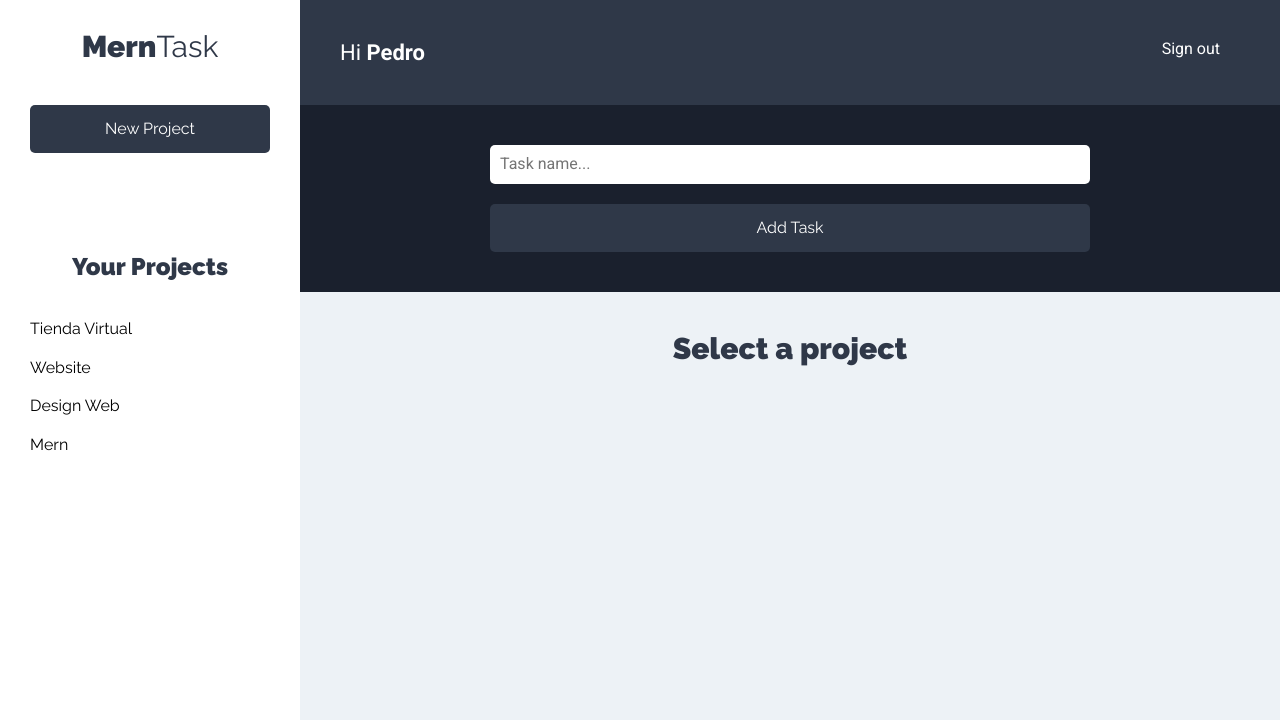
Repository: ppfeliuu/MERN-Task-Client
Page: /projects
An editor plug-in stored every save of this project. The page is shown before and after the next save, followed by the edit.
The browser window is 1280 px wide. The pictures show the whole page.
The project was rebuilt for these pictures with package versions that can differ from the ones it lists, and the page was loaded fresh each time. Also part of the build but not shown: src/components/auth/Login.js, src/components/auth/NewAccount.js, src/components/task/Task.js. Imported but missing from the stored project, and not drawn on this page: src/types.

Above is the page before, as saved 2020-02-20 20:34:59.

### src/App.js
import React from "react";
import { BrowserRouter as Router, Switch, Route } from "react-router-dom";
import Login from "./components/auth/Login";
import NewAccount from "./components/auth/NewAccount";
import Projects from "./components/projects/Projects";

import ProjectState from "./context/projects/projectState";

function App() {
  return (
    <ProjectState>
      <Router>
        <Switch>
          <Route exact path="/" component={Login} />
          <Route exact path="/new-account" component={NewAccount} />
          <Route exact path="/projects" component={Projects} />
        </Switch>
      </Router>
    </ProjectState>
  );
}

export default App;

### src/components/projects/Projects.js
import React from "react";
import Sidebar from "../layout/Sidebar";
import Bar from "../layout/Bar";
import FormTask from "../task/FormTask";
import ListTasks from "../task/ListTasks";

const Projects = () => {
  return (
    <div className="contenedor-app">
      <Sidebar />

      <div className="seccion-principal">
        <Bar />
        <main>
          <FormTask />
          <div className="contenedor-tareas">
            <ListTasks />
          </div>
        </main>
      </div>
    </div>
  );
};

export default Projects;

### src/context/projects/projectState.js
import React, { useReducer } from "react";
import uuid from "uuid";
import projectContext from "./projectContext";
import projectReducer from "./projectReducer";
import {
  FORM_PROJECT,
  GET_PROJECTS,
  ADD_PROJECT,
  VALIDATE_FORM,
  CURRENT_PROJECT
} from "../../types";

const ProjectState = props => {
  const projects = [
    { id: 1, name: "Tienda Virtual" },
    { id: 2, name: "Website" },
    { id: 3, name: "Design Web" },
    { id: 4, name: "Mern" }
  ];

  const initialState = {
    form: false,
    projects: [],
    errorform: false,
    currentproject: null
  };

  //Dispatch for actions
  const [state, dispatch] = useReducer(projectReducer, initialState);

  //Functions for crud project
  const showForm = () => {
    dispatch({
      type: FORM_PROJECT
    });
  };

  //Get projects
  const getProjects = () => {
    dispatch({
      type: GET_PROJECTS,
      payload: projects
    });
  };

  //add new project
  const addProject = project => {
    project.id = uuid.v4();

    // console.log(project)
    //Add project into state using dispatch
    dispatch({
      type: ADD_PROJECT,
      payload: project
    });
  };

  //Validate Form New Project
  const showError = () => {
    dispatch({ type: VALIDATE_FORM });
  };

  //Select to set project selected
  const projectSelected = currentprojectId => {
    dispatch({
      type: CURRENT_PROJECT,
      payload: currentprojectId
    })
  }

  return (
    <projectContext.Provider
      value={{
        form: state.form,
        projects: state.projects,
        errorform: state.errorform,
        currentproject: state.currentproject,
        showForm,
        getProjects,
        addProject,
        showError,
        projectSelected
      }}
    >
      {props.children}
    </projectContext.Provider>
  );
};

export default ProjectState;

### src/components/layout/Sidebar.js
import React from 'react';
import NewProject from '../projects/NewProject';
import ListProjects from '../projects/ListProjects';

const Sidebar = () => {
    return (
        <aside>
            <h1>Mern<span>Task</span></h1>
            <NewProject />

            <div className="proyectos">
                <h2>Your Projects</h2>

                <ListProjects />
            </div>
        </aside>
    )
}

export default Sidebar

### src/components/layout/Bar.js
import React from 'react'

const Bar = () => {
    return (
        <div>
          <header className="app-header">
              <p className="nombre-usuario">Hi <span>Pedro</span></p>

              <nav className="nav-principal">
                  <a href="#!">Sign out</a>
              </nav>
              </header>
        </div>
    )
}

export default Bar

### src/components/task/FormTask.js
import React, { useContext } from "react";
import projectContext from "../../context/projects/projectContext";

const FormTask = () => {
  const projectsContext = useContext(projectContext);
  const { currentproject } = projectsContext;

  return (
    <div className="formulario">
      <form>
        <div className="contenedor-input">
          <input
            type="text"
            className="input-text"
            placeholder="Task name..."
            name="nameTask"
          />
        </div>

        <div className="contenedor-input">
          <input
            type="submit"
            className="btn btn-primario btn-submit btn-block"
            value="Add Task"
          />
        </div>
      </form>
    </div>
  );
};

export default FormTask;

### src/components/task/ListTasks.js
import React, { useContext } from "react";
import Task from "./Task";
import projectContext from "../../context/projects/projectContext";

const ListTasks = () => {
  const projectsContext = useContext(projectContext);
  const { currentproject } = projectsContext;

  //No project selected
  if(!currentproject) return <h1>Select a project</h1>

  //Array destructuring for project name
  const [curProject] = currentproject;

  const task = [
    {
      name: "Elegir Plataforma",
      estado: true
    },
    {
      name: "Elegir Colores",
      estado: false
    },
    {
      name: "Elegir forma de pago",
      estado: false
    },
    {
      name: "Elegir Hosting",
      estado: true
    }
  ];

  return (
    <>
      <h2>Project: {curProject.name}</h2>

      <ul className="listado-tareas">
        {task.length === 0 ? (
          <li className="tarea">
            <p>No Tasks</p>
          </li>
        ) : (
          task.map(t => <Task task={t} />)
        )}
      </ul>
      <button type="button" className="btn btn-eliminar">
        Delete Project &times;
      </button>
    </>
  );
};

export default ListTasks;

### src/context/projects/projectContext.js
import { createContext } from 'react';

const projectContext = createContext();

export default projectContext;

### src/context/projects/projectReducer.js
import {
  FORM_PROJECT,
  GET_PROJECTS,
  ADD_PROJECT,
  VALIDATE_FORM,
  CURRENT_PROJECT
} from "../../types";

export default (state, action) => {
  switch (action.type) {
    case FORM_PROJECT:
      return {
        ...state,
        form: true
      };
    case GET_PROJECTS:
      return {
        ...state,
        projects: action.payload
      };
    case ADD_PROJECT:
      return {
        ...state,
        projects: [...state.projects, action.payload],
        form: false,
        errorform: false
      };
    case VALIDATE_FORM:
      return {
        ...state,
        errorform: true
      };
    case CURRENT_PROJECT:
      return {
        ...state,
        currentproject: state.projects.filter(p => p.id === action.payload)
      };
    default:
      return state;
  }
};

### src/components/projects/NewProject.js
import React, { Fragment, useState, useContext } from "react";
import projectContext from "../../context/projects/projectContext";

const NewProject = () => {
  //Get State from Form
  const projectsContext = useContext(projectContext);
  const { form, errorform, showForm, addProject, showError } = projectsContext;

  // State for project
  const [project, setProject] = useState({
    name: ""
  });

  const { name } = project;

  const onChangeProject = e => {
    setProject({
      ...project,
      [e.target.name]: e.target.value
    });
  };

  const onSubmitProject = e => {
    e.preventDefault();

    //valid project
    if (name === "") {
      showError();
      return;
    }

    // add state
    addProject(project);

    //reset form
    setProject({
      name: ""
    });
  };

  const onClickShowForm = () => {
    showForm();
  };

  return (
    <Fragment>
      <button
        type="button"
        className="btn btn-block btn-primario"
        onClick={onClickShowForm}
      >
        New Project
      </button>

      {form ? (
        <form className="formulario-nuevo-proyecto" onSubmit={onSubmitProject}>
          <input
            type="text"
            className="input-text"
            placeholder="Project Name"
            name="name"
            value={name}
            onChange={onChangeProject}
          />
          <input
            type="submit"
            className="btn btn-block btn-primario"
            value="Add Project"
          />
        </form>
      ) : null}
      {errorform ? (
        <p className="mensaje error">Project name is mandatory</p>
      ) : null}
    </Fragment>
  );
};

export default NewProject;

### src/components/projects/ListProjects.js
import React, { useContext, useEffect } from "react";
import Project from "./Project";
import projectContext from "../../context/projects/projectContext";

const ListProjects = () => {

  //Get projects from State
  const projectsContext = useContext(projectContext);
  const { projects, getProjects } = projectsContext;

  useEffect(() => {
    getProjects();
  }, [])

  //if project have items
  if(projects.length === 0) return null;



  return (
    <ul className="listado-proyectos">
      {projects.map(project => (
        <Project key={project.id} project={project} />
      ))}
    </ul>
  );
};

export default ListProjects;

### src/components/projects/Project.js
import React, { useContext } from "react";
import projectContext from "../../context/projects/projectContext";

const Project = ({ project }) => {
  const projectsContext = useContext(projectContext);
  const { projectSelected } = projectsContext;

  return (
    <li>
      <button type="button" className="btn btn-blank" onClick={() => projectSelected(project.id)}>
        {project.name}
      </button>
    </li>
  );
};

export default Project;

Loaded but not shown: public/index.html (common file); src/index.js (common file); src/index.css (common file); src/serviceWorker.js (common file)

After the next save:
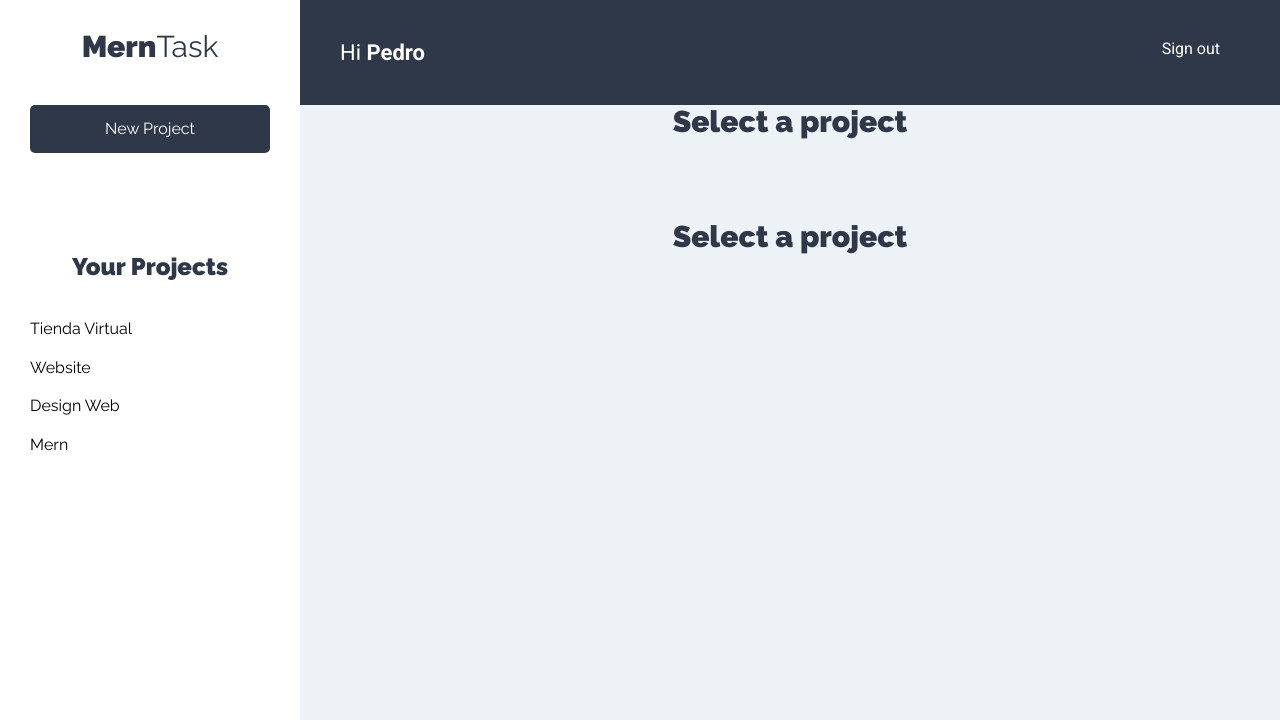
Saved 13 s later.
--- a/src/components/task/FormTask.js
+++ b/src/components/task/FormTask.js
@@ -4,6 +4,13 @@ import projectContext from "../../context/projects/projectContext";
 const FormTask = () => {
   const projectsContext = useContext(projectContext);
   const { currentproject } = projectsContext;
+
+  //No project selected
+  if(!currentproject) return <h1>Select a project</h1>
+
+  //Array destructuring for project name
+  const [curProject] = currentproject;
+
 
   return (
     <div className="formulario">
